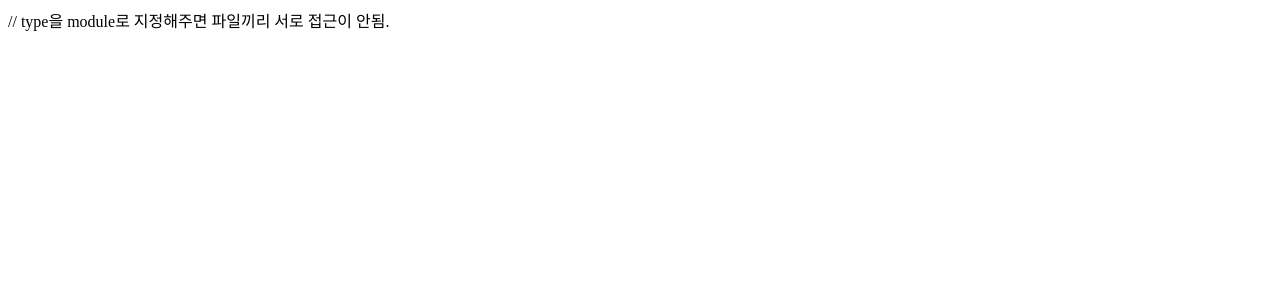
Repository: dnjfht/javascript-master
Page: 12.주석,에러처리,모듈/index.html
The author's editor kept a copy of each file at every save. The page is drawn from the files as they stood at one save, then again after the next save.
The browser window is 1280 px wide. The pictures show the whole page.

Above is the page before, as saved 2023-04-25 18:04:01.
Console error: ReferenceError: count is not defined

After the next save:
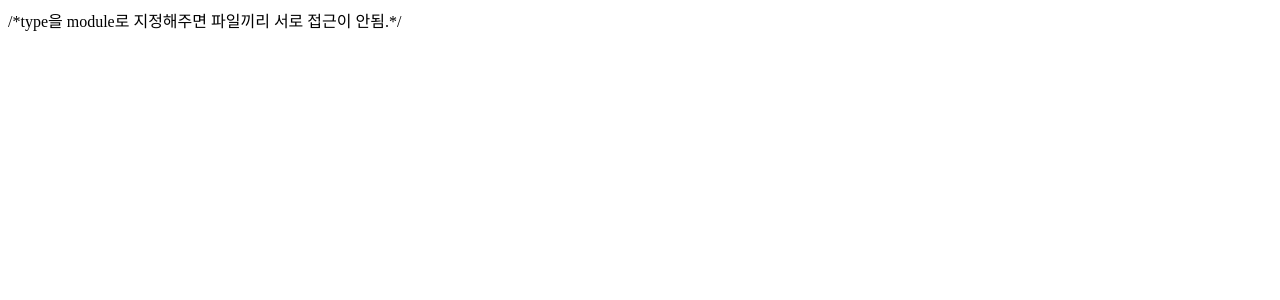
Saved 10 s later.
--- a/12.주석,에러처리,모듈/index.html
+++ b/12.주석,에러처리,모듈/index.html
@@ -9,6 +9,6 @@
     <script type="module" src="main.js"></script>
   </head>
   <body>
-    // type을 module로 지정해주면 파일끼리 서로 접근이 안됨.
+    /*type을 module로 지정해주면 파일끼리 서로 접근이 안됨.*/
   </body>
 </html>
